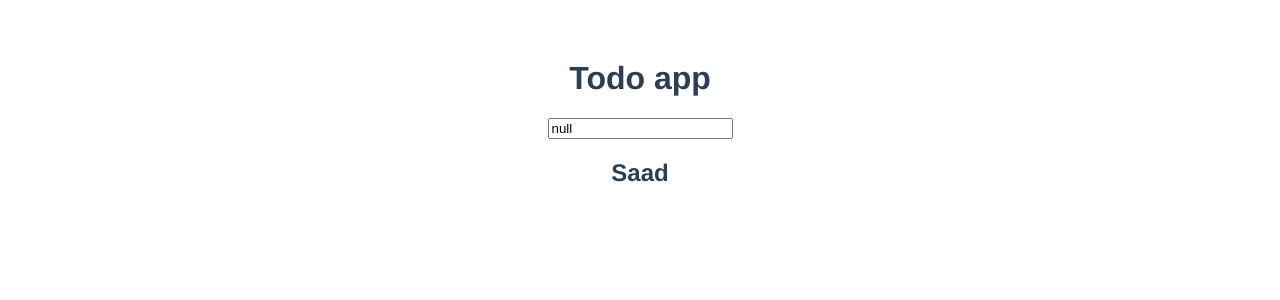
Repository: fgitpush/todoVue
Page: /
These files come from the project's save history. The page is drawn as it stood at one moment and after the next save; the edit follows.
The browser window is 1280 px wide. The pictures show the whole page.
The project was rebuilt for these pictures with package versions that can differ from the ones it lists, and the page was loaded fresh each time.

Above is the page before, as saved 2019-12-25 00:25:56.

### src/App.vue
<template>
  <div id="app">
    <HelloWorld msg="Todo app"/>
  </div>
</template>

<script>
import HelloWorld from './components/HelloWorld.vue'

export default {
  name: 'app',
  components: {
    HelloWorld
  }
}
</script>

<style>
#app {
  font-family: 'Avenir', Helvetica, Arial, sans-serif;
  -webkit-font-smoothing: antialiased;
  -moz-osx-font-smoothing: grayscale;
  text-align: center;
  color: #2c3e50;
  margin-top: 60px;
}
</style>

### src/components/HelloWorld.vue
<template>
  <div class="hello">
    <h1>{{ msg }}</h1>
    <input v-model="something" @keydown.enter="submitTodo" type="text" name="todo" placeholder="Todo">
    <h2>{{ item }}</h2>
  </div>
</template>

<script>
export default {
  name: 'HelloWorld',
  data: function () {
    return {
      item: 'Saad',
      something: 'null'
    }
  },
  props: {
    msg: String,
  },
  methods:{
    submitTodo()
    {
      this.item=this.something
    }
  }
}
</script>

<!-- Add "scoped" attribute to limit CSS to this component only -->
<style scoped>
h3 {
  margin: 40px 0 0;
}
ul {
  list-style-type: none;
  padding: 0;
}
li {
  display: inline-block;
  margin: 0 10px;
}
a {
  color: #42b983;
}
</style>

Loaded but not shown: public/index.html (common file); src/main.js (common file)

After the next save:
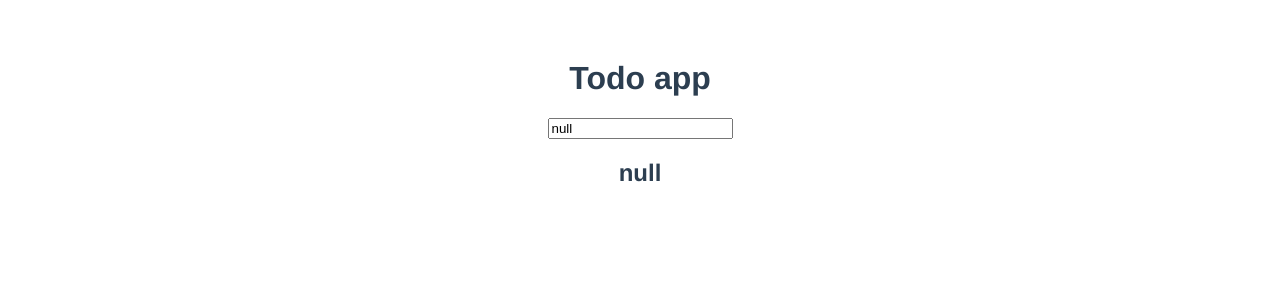
Saved 81 s later.
--- a/src/components/HelloWorld.vue
+++ b/src/components/HelloWorld.vue
@@ -11,7 +11,7 @@ export default {
   name: 'HelloWorld',
   data: function () {
     return {
-      item: 'Saad',
+      item: 'null',
       something: 'null'
     }
   },
